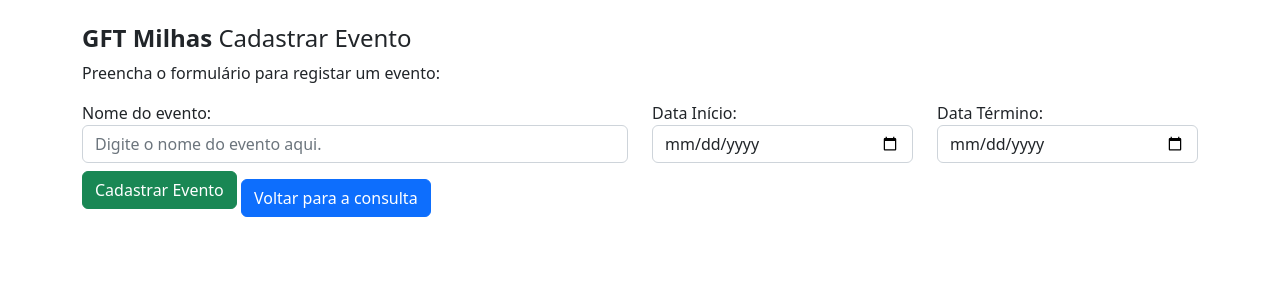
Repository: thamaraamaral/desafio_mvc1
Page: http://localhost/projeto-milhas/WEB-INF/views/eventos-cadastro.jsp
The author's editor kept a copy of each file at every save. The page is drawn from the files as they stood at one save, then again after the next save.
The browser window is 1280 px wide. The pictures show the whole page.
The page is served by Tomcat 9. Nobody is signed in. The template is opened directly, without the code that normally fills it, so the values that code supplies are empty.

Above is the page before, as saved 2022-10-27 21:37:42.

After the next save:
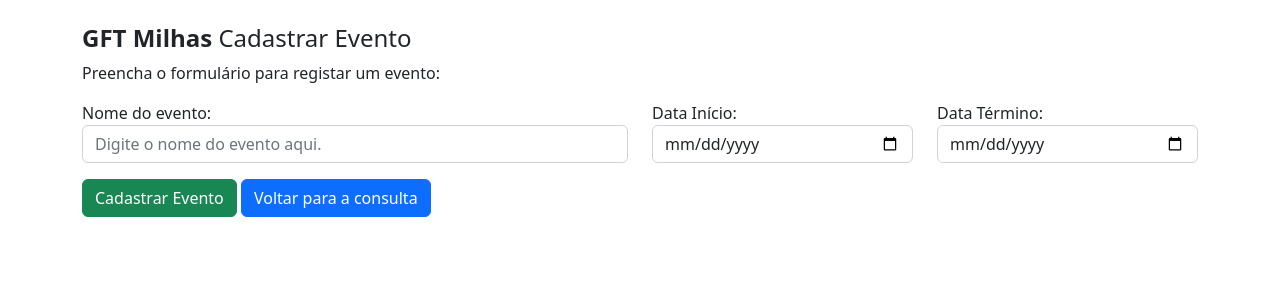
Saved 26 s later.
--- a/projeto-milhas/src/main/webapp/WEB-INF/views/eventos-cadastro.jsp
+++ b/projeto-milhas/src/main/webapp/WEB-INF/views/eventos-cadastro.jsp
@@ -41,7 +41,7 @@
 				</div>
 
 				<div class="mb-3">
-					<input type="submit" value="Cadastrar Evento" class="btn btn-success">
+					<input type="submit" value="Cadastrar Evento" class="btn btn-success mt-3">
 
 					<a href="/projeto-milhas/eventos-consulta" class="btn btn-primary mt-3">Voltar para a consulta</a>
 				</div>
